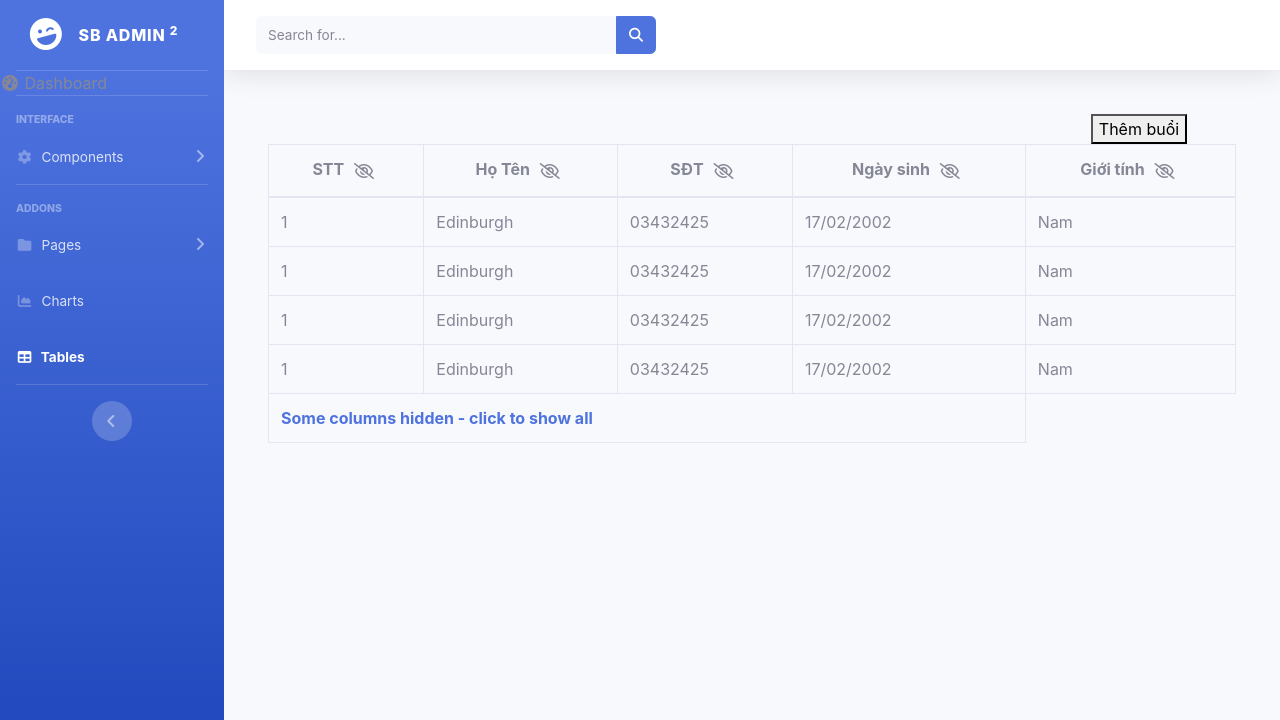
Repository: huyennvo/WebCiTEdu
Page: index.html
These files come from the project's save history. The page is drawn as it stood at one moment and after the next save; the edit follows.
The browser window is 1280 px wide. The pictures show the whole page.
Some web libraries are served in a nearby version.

Above is the page before, as saved 2022-07-30 09:29:38.

After the next save:
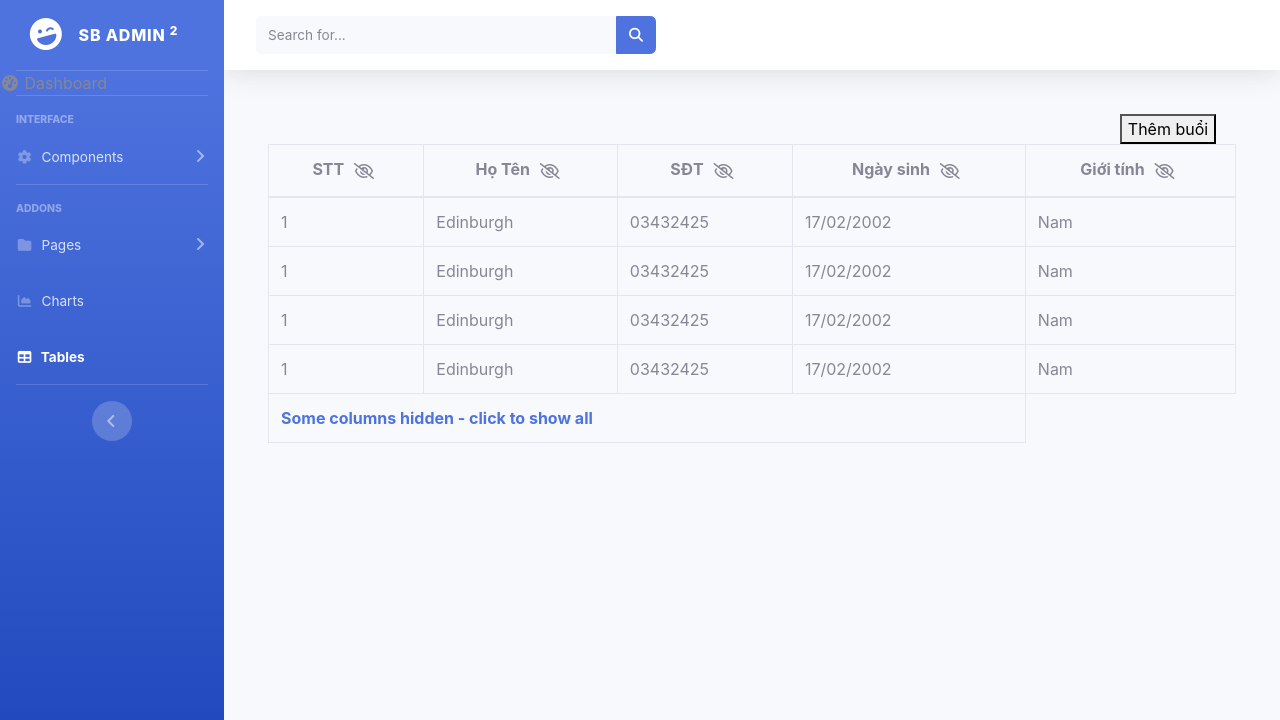
Saved 7 s later.
--- a/index.html
+++ b/index.html
@@ -192,7 +192,7 @@ crossorigin="anonymous"
 
                         <div class="table-responsive">
                             <button style="display: flex; position: relative;
-                            left: 85%;" id="insertCol">Thêm buổi</button>
+                            left: 88%;" id="insertCol">Thêm buổi</button>
                             <table class="table table-bordered" id="dataTable" width="100%" cellspacing="0">
                                 <thead style="text-align: center;">
                                     <tr id="row1">
